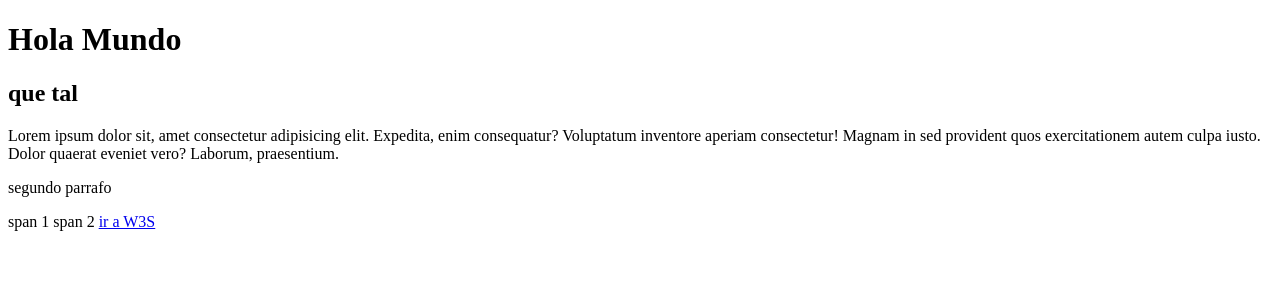
Repository: Devbenitez/Gen_30
Page: Gen_30/Maquetado/Clase1/index.html
An editor plug-in stored every save of this project. The page is shown before and after the next save, followed by the edit.
The browser window is 1280 px wide. The pictures show the whole page.

Above is the page before, as saved 2023-11-07 21:39:12.

After the next save:
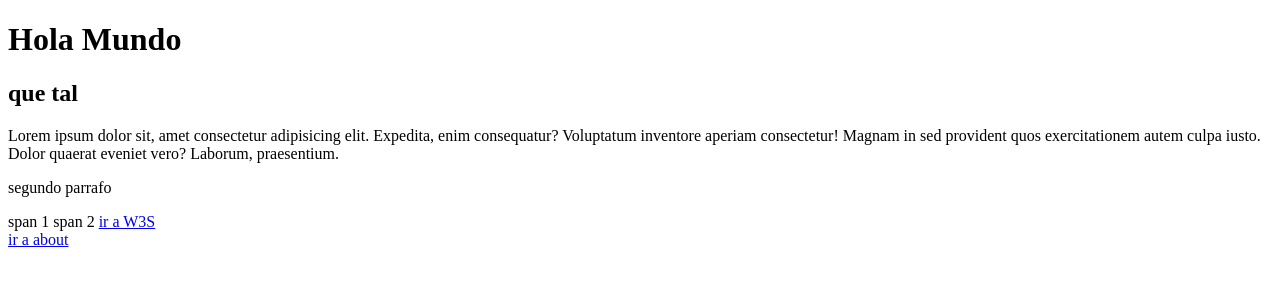
Saved 30 min 50 s later.
--- a/Gen_30/Maquetado/Clase1/index.html
+++ b/Gen_30/Maquetado/Clase1/index.html
@@ -28,6 +28,8 @@
 
     <!-- enlaces -->
     <a href="https://www.w3schools.com/html/default.asp" target="_blank">ir a W3S</a>
+    <br />
+    <a href="./pages/about.html">ir a about</a>
 </main>
 </body>
 </html>
